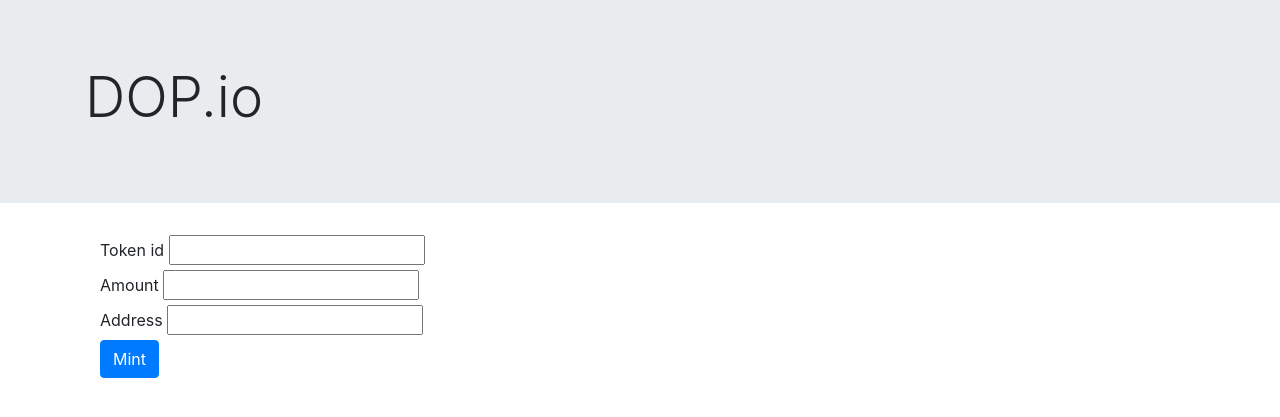
Repository: Dop-io/dopio
Page: mint.html
An editor plug-in stored every save of this project. The page is shown before and after the next save, followed by the edit.
The browser window is 1280 px wide. The pictures show the whole page.

Above is the page before, as saved 2022-01-16 01:44:06.

After the next save:
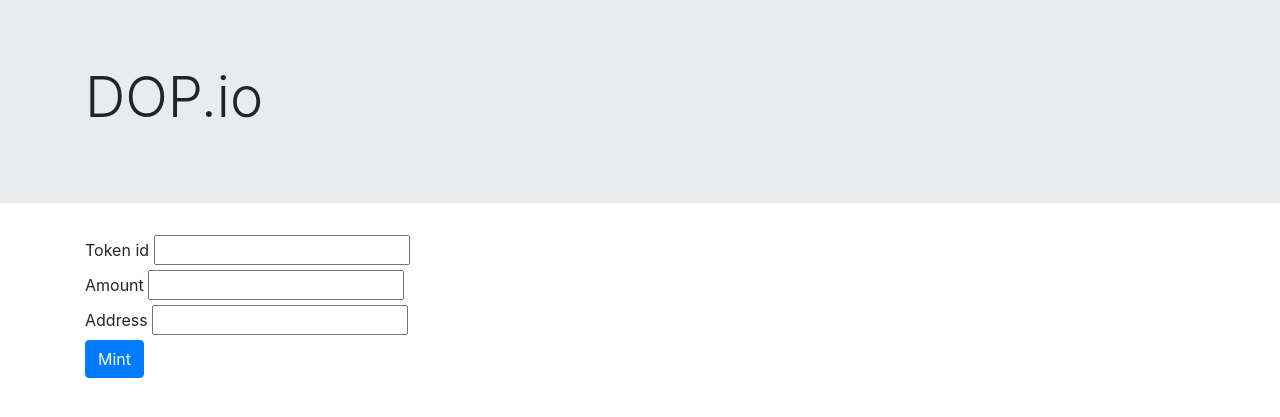
Saved 23 s later.
--- a/mint.html
+++ b/mint.html
@@ -25,30 +25,29 @@
         </div>
     </div>
     <div class="container">
-        <div class="row" id="app"></div>
-        <div class="col col-md-12">
-            <div>
-                <label>Token id</label>
-                <input id="token_id_input" type="number">
+        <div class="row" id="app">
+            <div class="col col-md-12">
+                <div>
+                    <label>Token id</label>
+                    <input id="token_id_input" type="number">
+                </div>
+                <div>
+                    <label>Amount</label>
+                    <input id="amount_id_input" type="number">
+                </div>
+                <div>
+                    <label>Address</label>
+                    <input id="address_id_input" type="text">
+                </div>
+                <div>
+                    <button class="btn btn-primary" id="submit_mint">Mint</button>
+                </div>
             </div>
-            <div>
-                <label>Amount</label>
-                <input id="amount_id_input" type="number">
-            </div>
-            <div>
-                <label>Address</label>
-                <input id="address_id_input" type="text">
-            </div>
-            <div>
-                <button class="btn btn-primary" id="submit_mint">Mint</button>
-            </div>
+
 
         </div>
 
-
-    </div>
-
-    <script type="text/javascript" src="./mint.js"></script>
+        <script type="text/javascript" src="./mint.js"></script>
 </body>
 
 </html>
